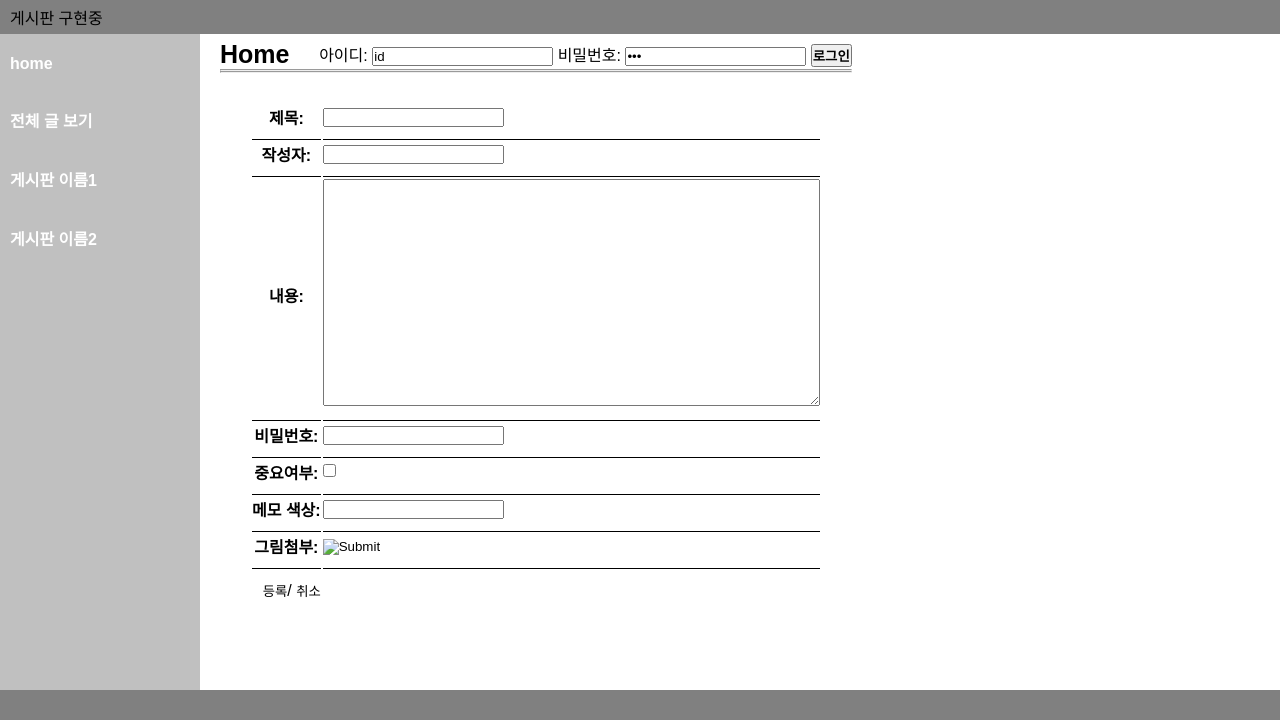
Repository: hyeon-jin-park/study
Page: work/internet_programing/Test_final/public/input.html
These files come from the project's save history. The page is drawn as it stood at one moment and after the next save; the edit follows.
The browser window is 1280 px wide. The pictures show the whole page.

Above is the page before, as saved 2025-03-19 11:45:35.

### work/internet_programing/Test_final/public/input.html
<!DOCTYPE html>
<html lang="ko">
<head>

    <meta charset="UTF-8">
    <meta name="viewport" content="width=device-width, initial-scale=1.0">
    <title>input.html</title>
	<link rel="stylesheet" href="layout.css">
	<link rel="stylesheet" href="board.css">
	<style>
	* { margin: 0; padding: 0; box-sizing: border-box; }
	body { font-family: Arial, sans-serif; }

	#login_button{
		text-align:center;
		font-weight:bold;

	}
	</style>

</head>


<body>

    <div class="header">
        <div class="header_name">게시판 구현중</div>



    </div>
    <div class="sidebar">
    	<ul class="sidebar">
    		<li><a href="home.html">home</a></li>
    		<li><a href="#">전체 글 보기</a></li>
    		<li><a href="#">게시판 이름1</a></li>
    		<li><a href="#">게시판 이름2</a></li>

    	</ul>
    </div>
    <div class="content">
    <div class="board_title">
    		<h1>Home</h1>
    			<form style="padding-left:10px">
    			아이디: <input type="text" name="아이디" value="id">
    			비밀번호: <input type="password" name="비밀번호" value="pwd">
    			<button id="login_button" type="submit" >로그인</button>
    			</form>
    	</div>
    	<hr>
    	<hr>
    	<div  class="input_form">
    		<table>
    			<tr>
    				<th>제목: </th>
    				<td><input type="text" name="제목"></td>
    			</tr>
    			<tr>
    				<th>작성자: </th>
    				<td><input type="text" name="작성자"></td>
    			</tr>
    			<tr>
    				<th>내용: </th>
    				<td><textarea rows="15" cols="60"></textarea></td>
    			</tr>
    			<tr>
    				<th>비밀번호: </th>
    				<td><input type="password" name="등록 비밀번호"></td>
    			</tr>
    			<tr>
    				<th>중요여부: </th>
    				<td><input type="checkbox" name="중요도"></td>
    			</tr>
    			<tr>
    				<th>메모 색상: </th>
    				<td><input type="text" name="제목"></td>
    			</tr>
    			<tr>
    				<th>그림첨부: </th>
    				<td><input type="image" name="그림"></td>
    			</tr>
    			<tr>
    				<td rowspan="2" style="border-bottom:none;text-align: right;padding-top:10px;">
    				<button type="submit">등록</button>/
    				<button type="reset">취소</button>
    				</td>
    			</tr>

    		</table>
    	</div>
    </div>

    <div class="footer">
    	<h1></h1>
    </div>

</body>
</html>

### work/internet_programing/Test_final/public/layout.css
@charset "UTF-8";

.header {
            background-color: gray;
            color: black;
            padding: 5px 10px;
            display: flex;
            justify-content: space-between;
            align-items: center;
            width: 100%;
            position: fixed;
            z-index: 1000;
    		border-collapse: collapse;
    		table-layout: fixed;
        }


        .sidebar {
        	margin-top: 30px;
    		width: 200px;
    		background-color: silver;
    		color: black;
    		padding: 20px;
    		position: fixed;
    		height: 100vh;
    		top: 0;
    		left: 0;
		}

		.sidebar ul {
    		list-style: none;
    		padding: 0;
		}

		.sidebar ul li {
   		 margin: 15px 0;
		}

		.sidebar a {
    		text-decoration: none;
    		color: white;
   		    font-weight: bold;
   		 	display: block;
    		padding: 10px;
    		border-radius: 5px;
		}

		.sidebar a:hover {
    		background-color: #555;
		}


		.content {
			margin-top: 40px;
			position: fixed;
			z-index: 999;
    		margin-left: 200px;
    		padding: 20px;
    		padding-top: 0px;
		}
		.board_title{
			margin:0px;
			padding: 0px;
			display: flex;
            justify-content: space-between;
            align-items: center;
            width: 100%;
		}
		.board_title ul{
			list-style: none;
			padding:0;
		}

		.board_title a {
    		text-decoration: none;
    		color: black;
   		    font-weight: bold;
   		 	display: block;
    		padding: 10px;
    		border-radius: 5px;
		}

		.board_title h1{
			font-size: 25px;

		}
		.input_form{
			padding:20px;
		}
		.input_form table{
			white-space: nowrap;
			margin:10px;
		}
		.input_form th,td{
			padding-bottom:10px;
			border-bottom: 1px solid black;
		}
		.input_form button{
			border:none;
			background-color:white;
		}


		.footer {
    		background-color: gray;
    		color: white;
    		text-align: center;
    		height: 30px;
    		padding: 5px 0;
    		position: fixed;
    		bottom: 0;
    		width: 100%;
    		z-index: 1000;
    		box-sizing: border-box;
		}

### work/internet_programing/Test_final/public/board.css
@charset "UTF-8";

.board {
	background-color: white;
	color: black;
	padding: 20px 20px;
	width: 100%;
}



.board th {
	padding: 10px;
    text-align: center;
    vertical-align: middle;
    font-size: 10px;
}

.board th:nth-child(1),
.board td:nth-child(1){
	width: 100px;
}
.board th:nth-child(2),
.board td:nth-child(2){
	width: 600px;
}
.board th:nth-child(3),
.board td:nth-child(3){
	width: 100px;
}
.board th:nth-child(4),
.board td:nth-child(4){
	width: 200px;
}

After the next save:
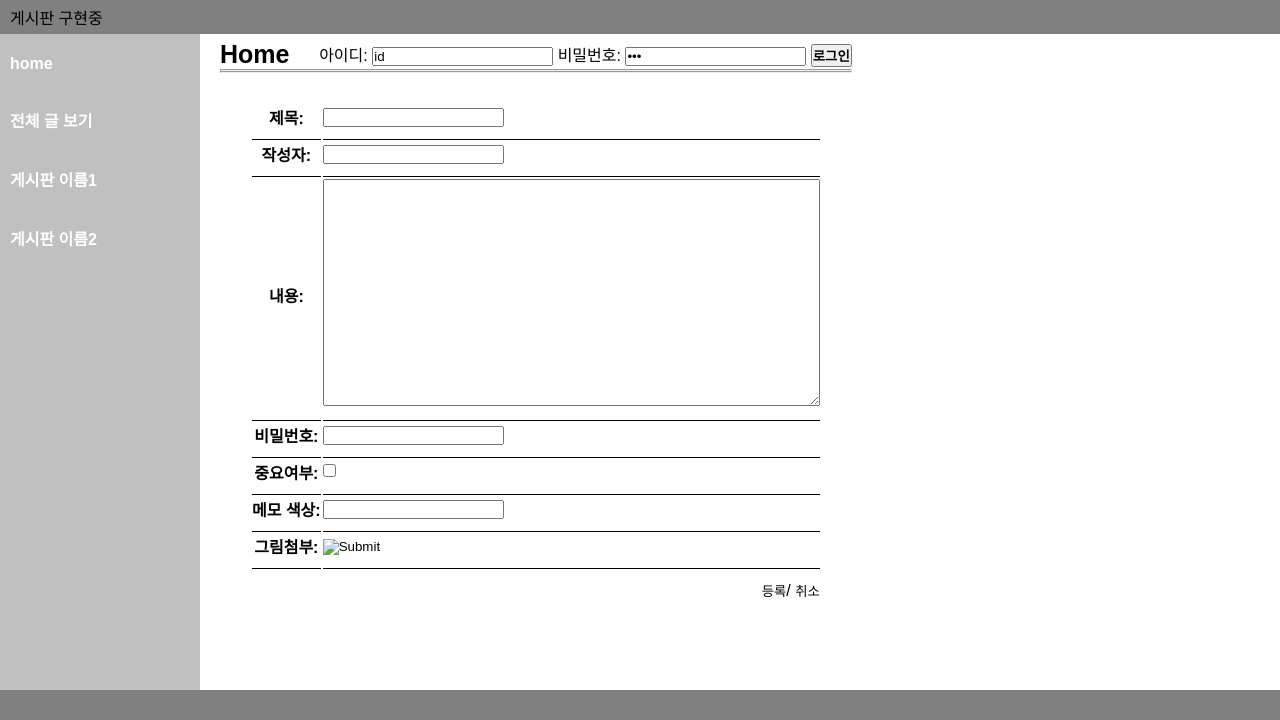
Saved 93 s later.
--- a/work/internet_programing/Test_final/public/input.html
+++ b/work/internet_programing/Test_final/public/input.html
@@ -80,7 +80,7 @@
     				<td><input type="image" name="그림"></td>
     			</tr>
     			<tr>
-    				<td rowspan="2" style="border-bottom:none;text-align: right;padding-top:10px;">
+    				<td colspan="2" style="border-bottom:none;text-align: right;padding-top:10px;">
     				<button type="submit">등록</button>/
     				<button type="reset">취소</button>
     				</td>
